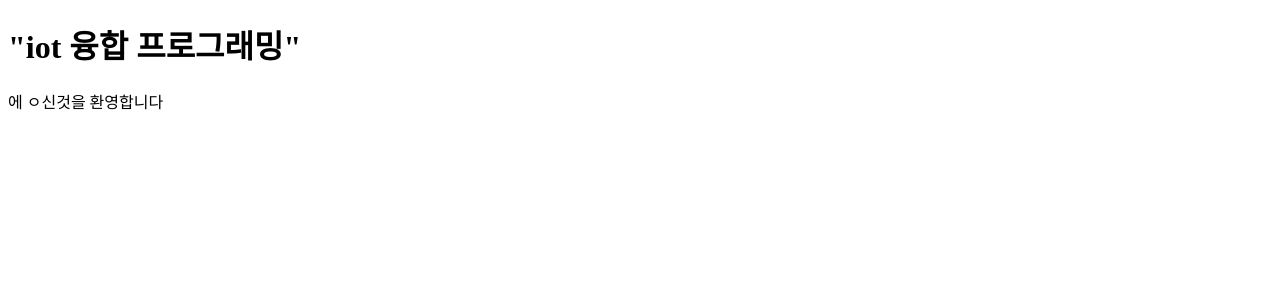
Repository: bbiot317/JSP
Page: http://localhost/Study02/
These files come from the project's save history. The page is drawn as it stood at one moment and after the next save; the edit follows.
The browser window is 1280 px wide. The pictures show the whole page.
The page is served by Tomcat 9.

Above is the page before, as saved 2022-05-30 02:19:37.

After the next save:
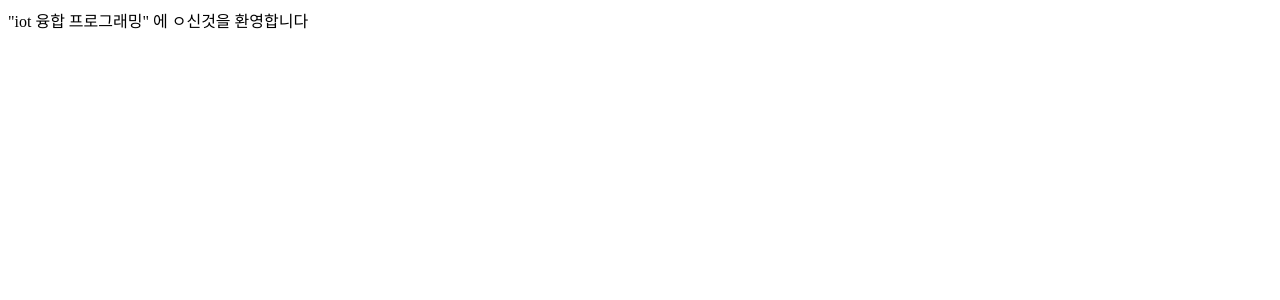
Saved 13 s later.
--- a/Study02/src/main/webapp/index.jsp
+++ b/Study02/src/main/webapp/index.jsp
@@ -7,7 +7,7 @@
 <title>Insert title here</title>
 </head>
 <body>
-	<h1>"iot 융합 프로그래밍"</h1>
+	"iot 융합 프로그래밍"
 	<% out.print("에 ㅇ신것을 환영합니다"); %>
 </body>
 </html>
